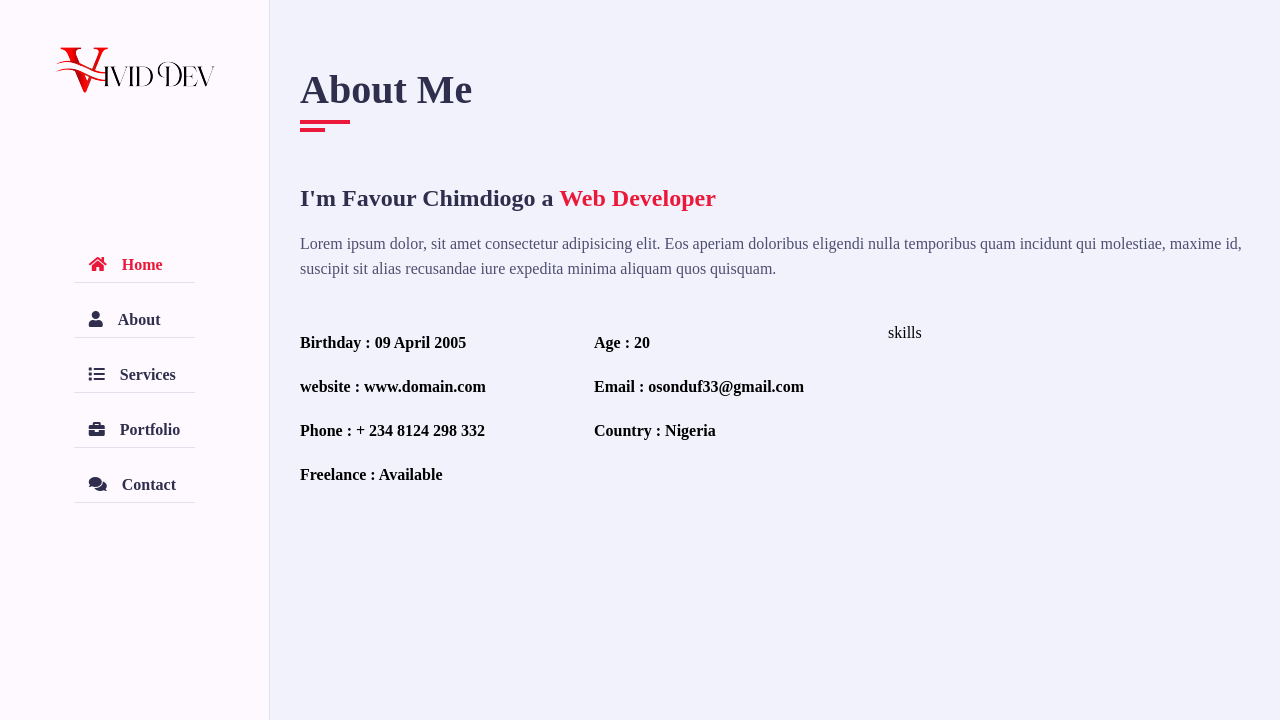
Repository: Big-Fave1/vivid-dev-portfolio
Page: build/index.html
The author's editor kept a copy of each file at every save. The page is drawn from the files as they stood at one save, then again after the next save.
The browser window is 1280 px wide. The pictures show the whole page.
Some web fonts or font styles are not loaded; a fallback is used.

Above is the page before, as saved 2025-05-30 13:49:24.

After the next save:
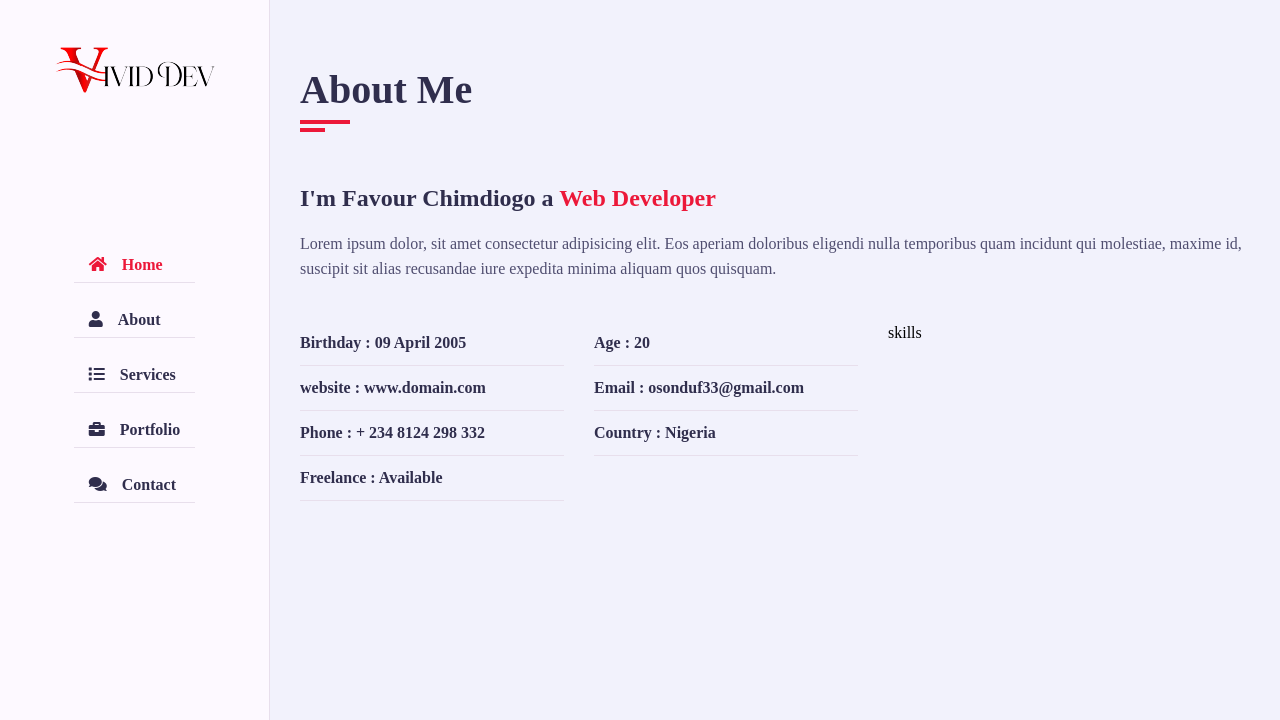
Saved 6 min 48 s later.
--- a/build/css/style.css
+++ b/build/css/style.css
@@ -341,6 +341,9 @@ h3.my-profession
     font-weight: 600;
     padding: 10px 0;
     font-size: 16px;
+    color: var(--text-black-900);
+    border-bottom: 1px solid var(--bg-black-50);
+
 
 }
 .about .about-content .personal-info .info-item
